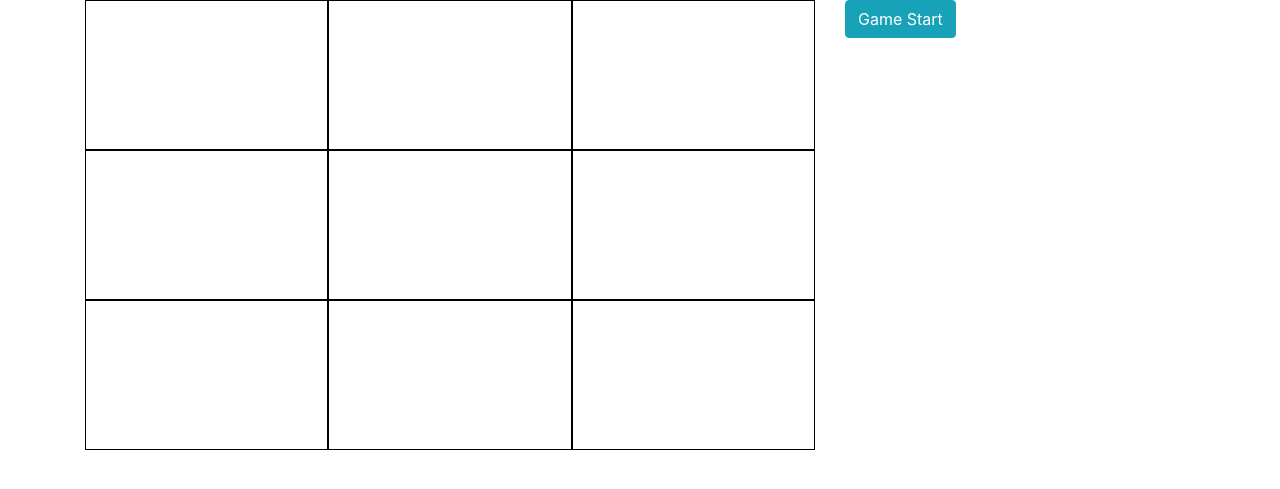
Repository: tts2610/Tic-Tac_Toe
Page: /
An editor plug-in stored every save of this project. The page is shown before and after the next save, followed by the edit.
The browser window is 1280 px wide. The pictures show the whole page.
The project was rebuilt for these pictures with package versions that can differ from the ones it lists, and the page was loaded fresh each time.

Above is the page before, as saved 2020-06-02 14:09:03.

### src/App.js
import React, { Component } from "react";
import "./App.css";
import Board from "./components/Board";
import "bootstrap/dist/css/bootstrap.min.css";
import { Row, Col, Container } from "react-bootstrap";
import HistoryBoard from "./components/HistoryBoard";
import * as mySetting from "./settings";

export default class App extends Component {
  state = {
    board: mySetting.board,
    currentMove: "",
    history: mySetting.history,
    currentPhase: 1,
  };
  onClickSquareHandle = (element) => {
    if (!element.isChecked) {
      this.setState(
        {
          currentMove: this.state.currentMove === "x" ? "o" : "x",
        },
        () => {
          const list = this.state.board.map((item, j) => {
            if (item.id === element.id && item.value === "") {
              return {
                id: item.id,
                value: this.state.currentMove,
                isChecked: true,
              };
            } else {
              return { id: item.id, value: item.value, isChecked: false };
            }
          });
          this.setState({ board: list }, () => {
            this.setState({ currentPhase: this.state.currentPhase + 1 });
            this.setState({
              history: {
                ...this.state.history,
                [this.state.currentPhase]: this.state.board,
              },
            });
          });
        }
      );
    }
    console.log(this.state.history);
  };
  render() {
    return (
      <div className="App">
        <Container>
          <Row>
            <Col sm={8}>
              <Board
                board={this.state.board}
                onClick={this.onClickSquareHandle}
              />
            </Col>
            <Col sm={4}>
              <HistoryBoard history={this.state.history} />
            </Col>
          </Row>
        </Container>
      </div>
    );
  }
}

### src/App.css
.box {
    min-width: max-content;
    height: 150px;
    border: 1px solid black;
}

.myLi {
    list-style-type: none;
}

### src/components/Board.js
import React, { Component } from "react";
import Square from "./Square";
import { Row, Col } from "react-bootstrap/";
import * as mySetting from "../settings";

export default function Board({ board, onClick }) {
  let renderSquare = (row) => {
    let rowSquare = [];
    board.forEach((element) => {
      if (element.id[0] === row)
        rowSquare.push(
          <Col sm={4} style={mySetting.styles.col} key={element.id}>
            <Square value={element.value} onClick={() => onClick(element)} />
          </Col>
        );
    });
    return rowSquare;
  };

  return (
    <>
      <Row style={mySetting.styles.row}>{renderSquare(0)}</Row>
      <Row style={mySetting.styles.row}>{renderSquare(1)}</Row>
      <Row style={mySetting.styles.row}>{renderSquare(2)}</Row>
    </>
  );
}

### src/components/HistoryBoard.js
import React from "react";

export default function HistoryBoard({ history }) {
  let keys = Object.keys(history);
  return (
    <div>
      {keys.map((element, index) => {
        if (index === 0)
          return (
            <li key={index} className="myLi">
              <button type="button" className="btn btn-info">
                Game Start
              </button>
            </li>
          );
        return (
          <li key={index} className="myLi">
            <button type="button" className="btn btn-light">
              Phase {element}
            </button>
          </li>
        );
      })}
    </div>
  );
}

### src/settings.js
export const styles = {
  grid: {
    paddingLeft: 0,
    paddingRight: 0,
  },
  row: {
    marginLeft: 0,
    marginRight: 0,
  },
  col: {
    paddingLeft: 0,
    paddingRight: 0,
  },
};

export const board = [
  {
    id: [0, 0],
    value: "",
    isChecked: false,
  },
  {
    id: [0, 1],
    value: "",
    isChecked: false,
  },
  {
    id: [0, 2],
    value: "",
    isChecked: false,
  },
  {
    id: [1, 0],
    value: "",
    isChecked: false,
  },
  {
    id: [1, 1],
    value: "",
    isChecked: false,
  },
  {
    id: [1, 2],
    value: "",
    isChecked: false,
  },
  {
    id: [2, 0],
    value: "",
    isChecked: false,
  },
  {
    id: [2, 1],
    value: "",
    isChecked: false,
  },
  {
    id: [2, 2],
    value: "",
    isChecked: false,
  },
];

export const history = { 0: board };

### src/components/Square.js
import React from "react";

export default function Square({ value, onClick }) {
  return (
    <div className="box" onClick={() => onClick(value)}>
      {value}
    </div>
  );
}

Loaded but not shown: public/index.html (common file); src/index.js (common file); src/index.css (common file); src/serviceWorker.js (common file)

After the next save:
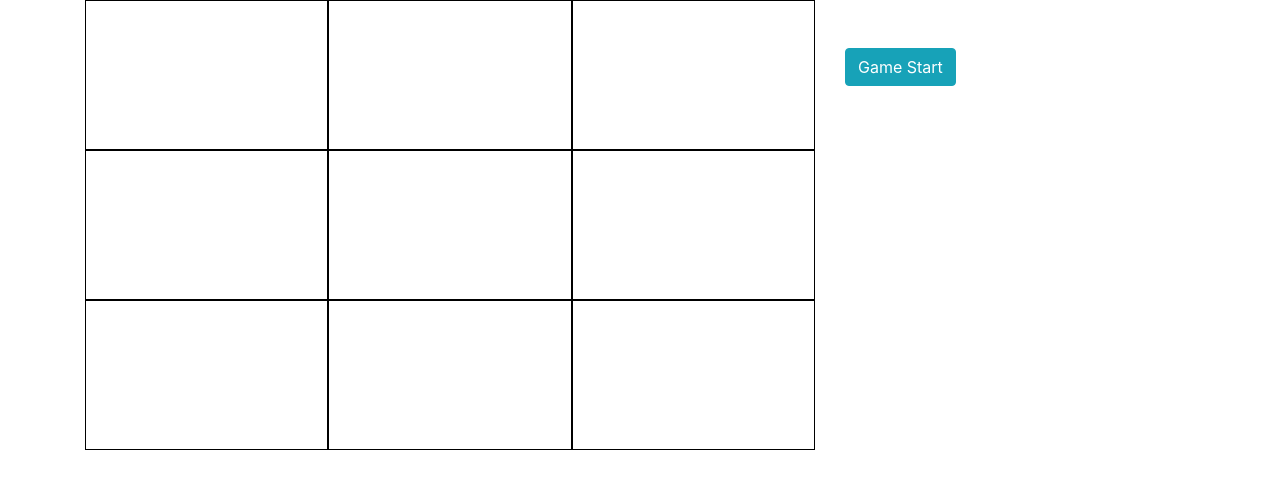
Saved 53 s later.
--- a/src/components/HistoryBoard.js
+++ b/src/components/HistoryBoard.js
@@ -7,14 +7,14 @@ export default function HistoryBoard({ history }) {
       {keys.map((element, index) => {
         if (index === 0)
           return (
-            <li key={index} className="myLi">
+            <li key={index} className="myLi mt-5">
               <button type="button" className="btn btn-info">
                 Game Start
               </button>
             </li>
           );
         return (
-          <li key={index} className="myLi">
+          <li key={index} className="myLi mt-5">
             <button type="button" className="btn btn-light">
               Phase {element}
             </button>
